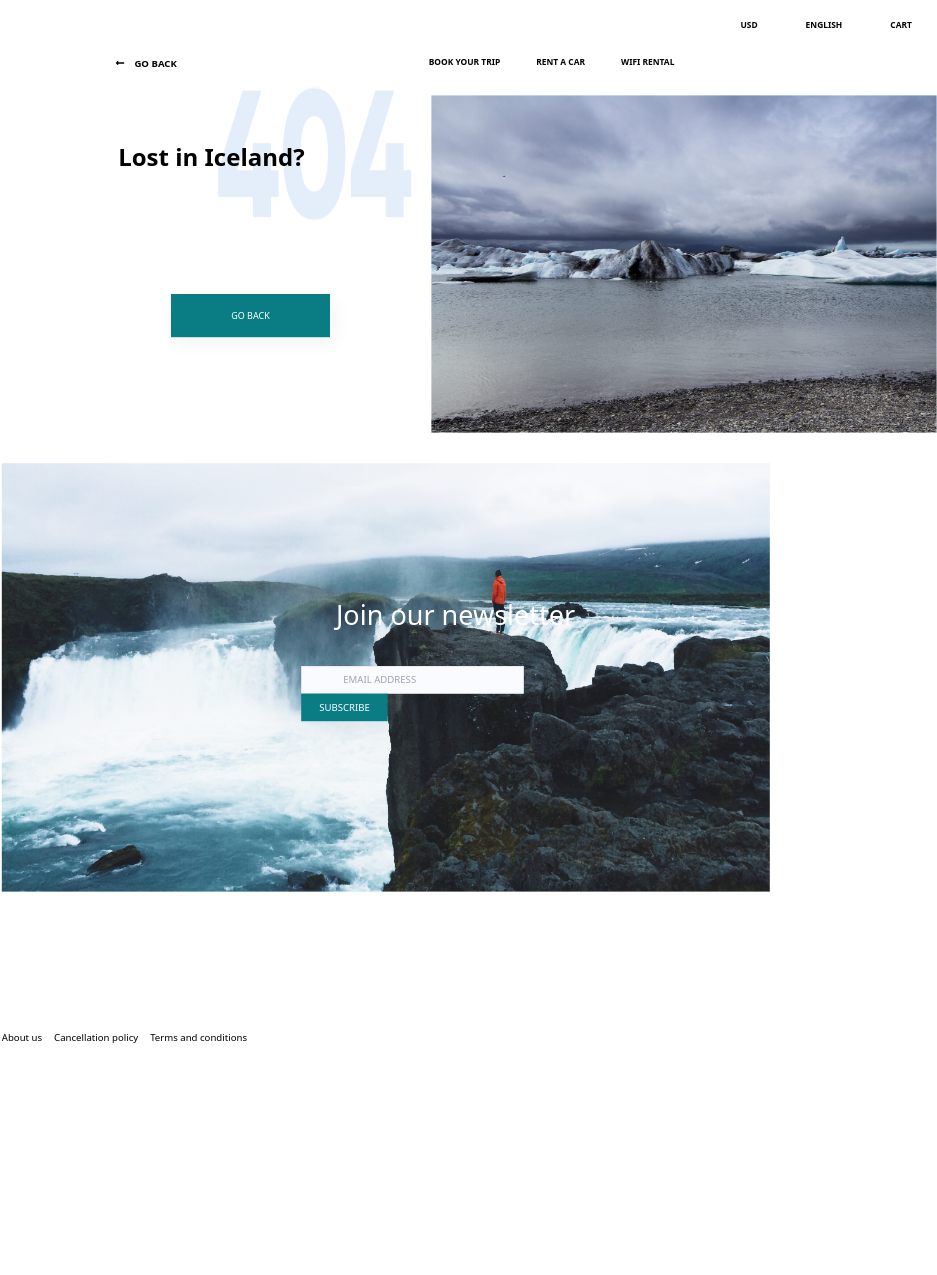
Repository: uh-sman/Iceland
Page: /
The author's editor kept a copy of each file at every save. The page is drawn from the files as they stood at one save, then again after the next save.
The browser window is 1280 px wide. The page is 1561 px wide, so the pictures cover 1561 px, including what lies to the right of the window. The pictures show the whole page, at 60% of full size.
The project was rebuilt for these pictures with package versions that can differ from the ones it lists, and the page was loaded fresh each time.

Above is the page before, as saved 2022-09-08 23:35:49.

### src/App.js
import logo from "./logo.svg";
import "./App.css";
import { Topnav } from "./components/Topnav";
import { FullNav } from "./components/FullNav";
import { Body } from "./Body";
import { Footer } from "./components/Footer";

function App() {
  return (
    <div className="App">
      <FullNav />
      <Body />
      <Footer />
    </div>
  );
}

export default App;

### src/App.css
* {
  margin: 0;
  padding: 0;
  /* scroll-behavior: none; */
}
.custom {
  background: #097c84;
  box-shadow: 7px 10px 30px rgba(0, 0, 0, 0.05);
  line-height: 18.57px;
}
.search {
  padding: 10px 69px;
  background: #f9fbff;
  border: 1px solid #e1e3e9;
  outline: none;
}
.button {
  padding: 11px 30px;
  background: #097c84;
  box-shadow: 7px 10px 30px rgba(0, 0, 0, 0.05);
  /* background: #f9fbff; */
  /* border: 1px solid #e1e3e9; */
}
.background {
  background: #f0f4fa;
  /* transform: matrix(1, 0, 0, -1, 0, 0); */
}

### src/components/Topnav.js
import React from "react";

export const Topnav = () => {
  return (
    <div className="container w-full py-[31px]">
      <nav className="absolute left-[1234px]">
        <ul className="space-x-20 text-sm font-semibold">
          <a href="">USD</a>
          <a href="">ENGLISH</a>
          <a href="">CART</a>
        </ul>
      </nav>
    </div>
  );
};

### src/components/FullNav.jsx
import React from "react";
import { Bottomnav } from "./Bottomnav";
import { Hero } from "./Hero";
import { Newsletter } from "./Newsletter";
import { Topnav } from "./Topnav";

export const FullNav = () => {
  return (
    <div>
      <Topnav />
      <Bottomnav />
      <Hero />
      <div className="h-[51px]">{/* <Newsletter /> */}</div>
    </div>
  );
};

### src/Body.js
import React from "react";
import { Newsletter } from "./components/Newsletter";

export const Body = () => {
  return (
    <div>
      <Newsletter />
    </div>
  );
};

### src/components/Footer.js
import React from "react";

export const Footer = () => {
  return (
    <div>
      <div className="absolute w-[1440px] h-[408px] left-[3px] top-[1717px] you">
        <div>
          <ul className="flex gap-[20px]">
            <li>About us</li>
            <li>Cancellation policy</li>
            <li>Terms and conditions</li>
          </ul>
        </div>
      </div>
    </div>
  );
};

### src/components/Bottomnav.js
import React from "react";
import { FaLongArrowAltLeft } from "react-icons/fa";
export const Bottomnav = () => {
  return (
    <nav className="container w-full">
      <div className="py-[31px]">
        <div className="container">
          <h1 className="flex items-center gap-4 absolute left-[192px]">
            <FaLongArrowAltLeft />
            <a className=" cursor-pointer font-semibold text-md">GO BACK</a>
          </h1>
        </div>
        <div className="container">
          <div className="absolute right-[156px]">
            <ul className="space-x-[60px] text-sm font-semibold cursor-pointer">
              <a>BOOK YOUR TRIP</a>
              <a>RENT A CAR</a>
              <a>WIFI RENTAL</a>
            </ul>
          </div>
        </div>
      </div>
    </nav>
  );
};

### src/components/Hero.js
import React from "react";
import four from "../Assets/404.png";
import img from "../Assets/404 background 1.png";
import { Button } from "./Button";
export const Hero = () => {
  return (
    <div>
      <div className="container">
        <img
          src={four}
          className="absolute left-[363px] top-[146px] h-[221px] w-[323px]"
        />
      </div>
      <div className="container inset-3">
        <h1 className="font-semibold text-[40px] absolute left-[197px] top-[232px] ">
          Lost in Iceland?
        </h1>
      </div>
      <div className="container">
        <img
          src={img}
          className="absolute left-[719px] top-[159px] w-[842px] h-[562px]"
        />
      </div>
      <Button />
    </div>
  );
};

### src/components/Newsletter.js
import React from "react";
import adventure from "../Assets/adventure-makes-things-meaningful_t20_Vo0aX3 1.png";
export const Newsletter = () => {
  return (
    <div>
      <div className="container">
        <img
          // w-[1440px]
          src={adventure}
          className="absolute h-[714px] left-[3px]
          top-[772px] w-fit"
        />
        <div className="container">
          <h1 className="text-[45px] font-[600px] absolute top-[990px] left-[560px] text-white">
            Join our newsletter
          </h1>
        </div>
        <div className="container w-full">
          <div className="absolute top-[1110px] w-[499px] h-[57px] left-[502px] box-border">
            <input
              placeholder="EMAIL ADDRESS"
              type="email"
              className="search"
            />
            <button className="button text-white">SUBSCRIBE</button>
          </div>
        </div>
      </div>
    </div>
  );
};

### src/components/Button.js
import React from "react";

export const Button = () => {
  return (
    <div>
      <div>
        <button className="absolute w-[265px] h-[72px] left-[285px] top-[490px] custom font-[700px] text-white text-[15px]">
          GO BACK
        </button>
      </div>
    </div>
  );
};

### tailwind.config.js
/** @type {import('tailwindcss').Config} */
module.exports = {
  content: ["./src/**/*.{html,js,jsx}"],
  theme: {
    screens: {
      sm: "480px",
      md: "768px",
      lg: "976px",
      xl: "1440px",
    },
    extend: {},
  },
  plugins: [],
};

Loaded but not shown: public/index.html (common file); src/index.js (common file); src/index.css (common file)

After the next save:
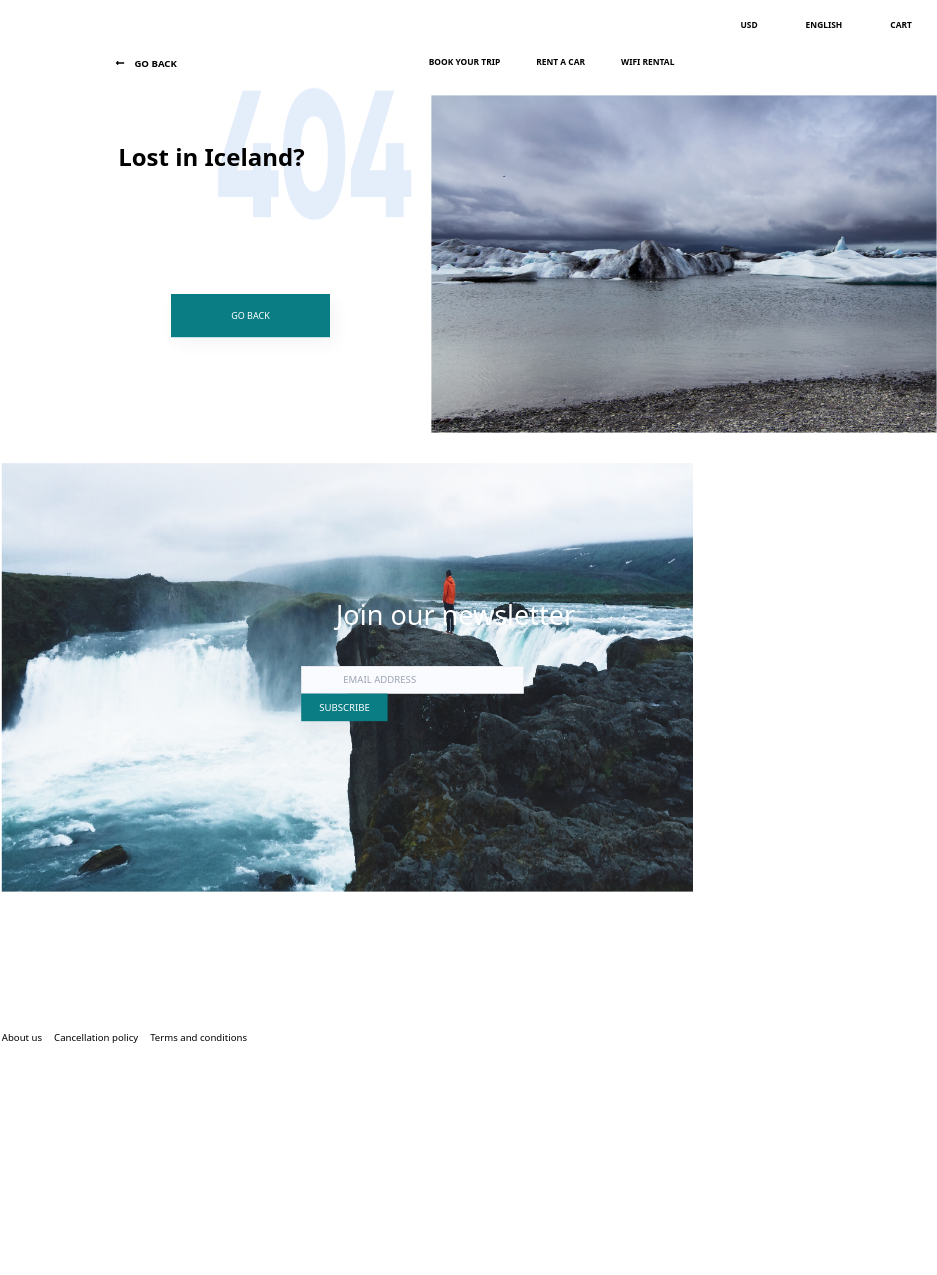
Saved 34 s later.
--- a/src/components/Newsletter.js
+++ b/src/components/Newsletter.js
@@ -8,7 +8,7 @@ export const Newsletter = () => {
           // w-[1440px]
           src={adventure}
           className="absolute h-[714px] left-[3px]
-          top-[772px] w-fit"
+          top-[772px] w-[90%]"
         />
         <div className="container">
           <h1 className="text-[45px] font-[600px] absolute top-[990px] left-[560px] text-white">
